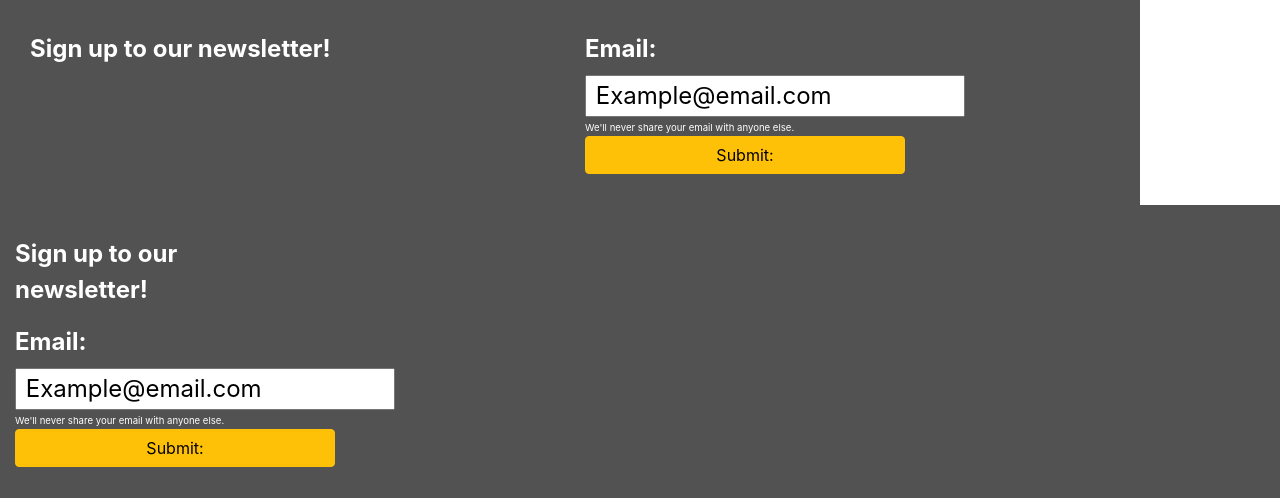
Repository: Felix-Redwood/Interactive-Frontend-Development-Milestone-Project
Page: index.html
The author's editor kept a record of every edit. The page is drawn from the files as they stood at one moment, then again after the next edit.
The browser window is 1280 px wide. The pictures show the part of the page from y = 720 to 1218 px (the page is 1218 px tall before and 925 px after).
Backgrounds fixed to the window are drawn as part of the page.

Above is the page before.

### index.html
<!DOCTYPE html>
<html lang="en">

<head>
    <meta charset="UTF-8">
    <meta name="viewport" content="width=device-width, initial-scale=1.0">
    <meta name="description" content="YouGym! | The gym for you!">
    <meta name="keywords" content="fitness, exercise, gyms, gym, workout, work out">
    <meta name="author" content="Felix Redwood">
    <meta http-equiv="X-UA-Compatible" content="ie=edge">
    <link rel="icon" type="image/png" href="assets/images/YouGym-logo.png">
    <title>YouGym official site</title>
    <link rel="stylesheet" href="assets/css/main.css" type="text/css" />
    <link href="https://stackpath.bootstrapcdn.com/bootstrap/4.4.1/css/bootstrap.min.css" rel="stylesheet" integrity="sha384-Vkoo8x4CGsO3+Hhxv8T/Q5PaXtkKtu6ug5TOeNV6gBiFeWPGFN9MuhOf23Q9Ifjh" crossorigin="anonymous">
    <link href="https://fonts.googleapis.com/css?family=Roboto&display=swap" rel="stylesheet">

</head>

<body>
    <!--main page description-->
    <div class="container-fluid mainpageimage-container">
        <!--container-fluid makes the div occupy the whole page-->
        <div class="row">
            <div class="col-12">
                <section class="mainpage text-center">
                    <h1 class="mainpage-h1">YouGym</h1>
                    <h2 class="mainpage-h2">The Gym for
                        <bold>YOU</bold>
                    </h2>
                </section>
            </div>
        </div>
    </div>
    <!--/main page description-->

    <div class="container-wrapper">
        <div class="container content-container email-harvester">
            <section>
                <div class="row">
                    <div class="col-12 col-md-6 email-box">
                        <div class="media">
                            <div class="media-body">
                                <p>Sign up to our newsletter!</p>
                            </div>
                        </div>
                    </div>
                    <div class="col-12 col-md-6 email-box">
                        <div class="media">
                            <div class="media-body">
                                <form action="" method="post">
                                        <!-- this form will gather the emails -->
                                        <label for="user-email" class="">Email:</label> <br>
                                        <input type="text" name="user-email" id="uemail" value=" Example@email.com " class="email-input" />
                                        <small id="emailHelp" class="form-text">We'll never share your email with anyone else.</small>
                                        <button type="button" class="btn btn-warning">Submit:</button>
                                        <!--TO DO - MAKE EMAIL FORM AND SUBMIT BUTTON GO SIDE BY SIDE-->
                                    </form>
                            </div>
                        </div>
                    </div>
                </div>
            </section>
            <!--/main page links-->
        </div>
    </div>

    <!--main page email submit-->
    <div class="container-wrapper email-harvester">
        <div>
            <section>
                <div class="row">
                    <div class="email-box">
                        <div class="col-12 col-md-8">
                            <div class="media">
                                <div class="media-body">
                                    <p>Sign up to our newsletter!</p>
                                </div>
                            </div>
                        </div>
                        <div class="col-12 col-md-8">
                            <div class="media">
                                <div class="media-body">
                                    <form action="" method="post">
                                        <!-- this form will gather the emails -->
                                        <label for="user-email" class="">Email:</label> <br>
                                        <input type="text" name="user-email" id="uemail" value=" Example@email.com " class="email-input" />
                                        <small id="emailHelp" class="form-text">We'll never share your email with anyone else.</small>
                                        <button type="button" class="btn btn-warning">Submit:</button>
                                        <!--TO DO - MAKE EMAIL FORM AND SUBMIT BUTTON GO SIDE BY SIDE-->
                                    </form>
                                </div>
                            </div>
                        </div>
                    </div>
                </div>
            </section>
            <!--/main page email submit-->
        </div>
    </div>


</body>

</html>

### assets/css/main.css
body {
    font-family: 'Roboto', sans-serif;
}

bold {
    font-weight: bold;
}
/* This gives us an easy way to make text bold within the html document */

.container-fluid
.col-12 {
    margin: 0;
    padding: 0;
}
/* ensures that the container-fluid and col-12 classes do not have any initial padding*/


.mainpageimage-container {
    height: 100vh;
    width: 100%;

    background: url(../images/mainpageimage.jpg) no-repeat top right fixed;
    -webkit-background-size: cover;
    -moz-background-size: cover;
    -o-background-size: cover;
    background-size: cover;

    display: flex;
    align-items: center;
    justify-content: center;

    position: relative;
}

/*Mainpage*/

.mainpage {
    background-color: transparent !important;
    padding-left: 0;
    padding-right: 0;
}

.mainpage-h1 {
    color: white;
    font-weight: bold;
    font-size: 3.4em;
    margin-bottom: 0.8em !important;
    padding-left: 0;
    padding-right: 0;
}

.mainpage-h2 {
    color: white;
    font-size: 1em;
    font-weight: 500;
}

@media (max-width: 906px) {
    .mainpage-h1 {
        padding-left: 0;
        padding-right: 0;
    }
}

@media (max-width: 568px) {
    .mainpage-h1 {
        padding-left: 0;
        padding-right: 0;
    }
}

.container-wrapper {
    padding: 0;
    margin: 0;
}

/* Email Harvester */

.email-harvester {
    background-color: #525252;
    color: #fafafa;
    margin: 0;
    padding: 0;
}

.email-box {
    font-size: 1.5em;
    font-weight: 700;
    text-decoration: none;
    color: #fff;
    margin-top: 1.3em;
    margin-bottom: 1.3em;
}

.email-input {

}

.btn-warning {
    color: #000 !important;
    width: 20em;
}

small {
    font-size: 0.4em !important;
}

.email-div {
    padding-right: 0;
    padding-left: 0;
}

.row {
    margin-left: 0 !important;
    margin-right: 0 !important;
}

.container {
    margin-right: 0 !important;
    margin-left: 0 !important;
}

After the next edit:
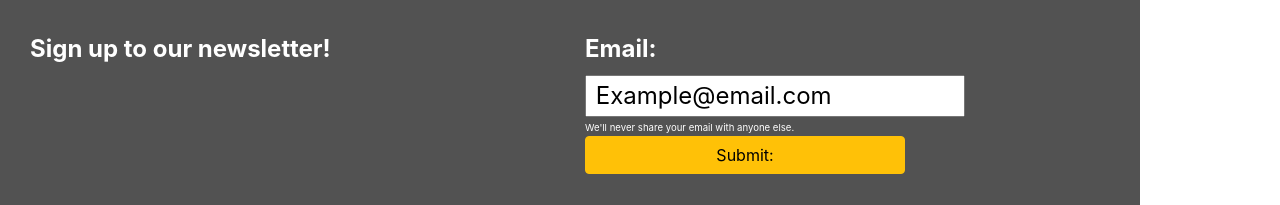
The edit:
--- a/index.html
+++ b/index.html
@@ -64,41 +64,6 @@
         </div>
     </div>
 
-    <!--main page email submit-->
-    <div class="container-wrapper email-harvester">
-        <div>
-            <section>
-                <div class="row">
-                    <div class="email-box">
-                        <div class="col-12 col-md-8">
-                            <div class="media">
-                                <div class="media-body">
-                                    <p>Sign up to our newsletter!</p>
-                                </div>
-                            </div>
-                        </div>
-                        <div class="col-12 col-md-8">
-                            <div class="media">
-                                <div class="media-body">
-                                    <form action="" method="post">
-                                        <!-- this form will gather the emails -->
-                                        <label for="user-email" class="">Email:</label> <br>
-                                        <input type="text" name="user-email" id="uemail" value=" Example@email.com " class="email-input" />
-                                        <small id="emailHelp" class="form-text">We'll never share your email with anyone else.</small>
-                                        <button type="button" class="btn btn-warning">Submit:</button>
-                                        <!--TO DO - MAKE EMAIL FORM AND SUBMIT BUTTON GO SIDE BY SIDE-->
-                                    </form>
-                                </div>
-                            </div>
-                        </div>
-                    </div>
-                </div>
-            </section>
-            <!--/main page email submit-->
-        </div>
-    </div>
-
-
 </body>
 
 </html>
